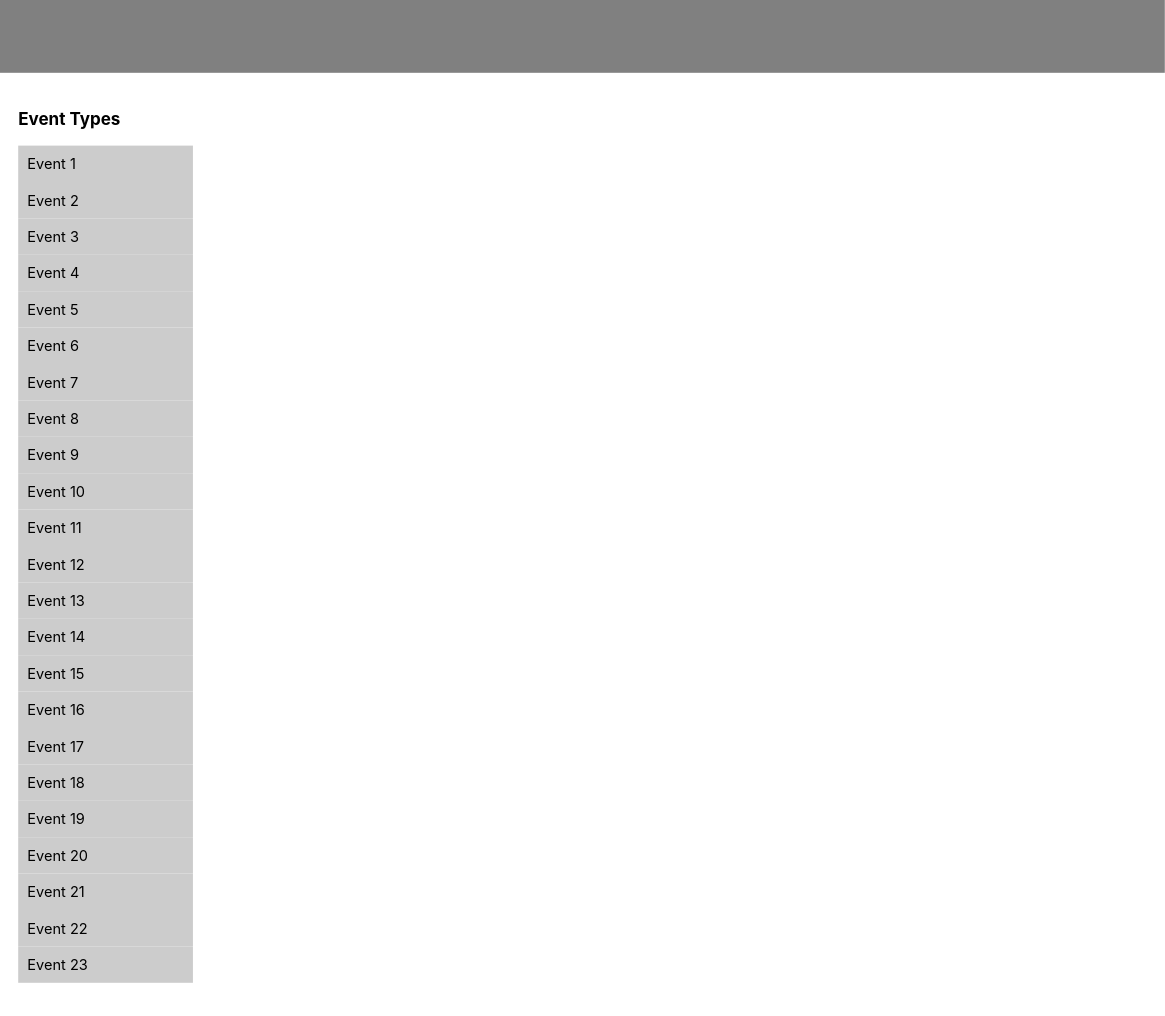
Repository: TauqeerHusain/Assignment
Page: /
These files come from the project's save history. The page is drawn as it stood at one moment and after the next save; the edit follows.
The browser window is 1280 px wide. The pictures show the whole page, at 91% of full size.
The project was rebuilt for these pictures with package versions that can differ from the ones it lists, and the page was loaded fresh each time.

Above is the page before, as saved 2023-02-07 10:51:52.

### src/App.js
import React, { useState } from "react";

const events = [
  {
    name: "Event 1",
    date: "01/01/2023",
    location: "New York",
    description: "Description for event 1",
  },
  {
    name: "Event 2",
    date: "02/01/2023",
    location: "Los Angeles",
    description: "Description for event 2",
  },
  {
    name: "Event 3",
    date: "03/01/2023",
    location: "Chicago",
    description: "Description for event 3",
  },
  {
    name: "Event 4",
    date: "04/01/2023",
    location: "Houston",
    description: "Description for event 4",
  },
  {
    name: "Event 5",
    date: "01/02/2023",
    location: "India",
    description: "Description for event 5",
  },
  {
    name: "Event 6",
    date: "01/08/2023",
    location: "Pakistan",
    description: "Description for event 6",
  },
  {
    name: "Event 7",
    date: "01/01/2023",
    location: "New York",
    description: "Description for event 7",
  },
  {
    name: "Event 8",
    date: "06/01/2023",
    location: "New York",
    description: "Description for event 8",
  },
  {
    name: "Event 9",
    date: "09/01/2023",
    location: "New York",
    description: "Description for event 9",
  },
  {
    name: "Event 10",
    date: "01/01/2023",
    location: "New York",
    description: "Description for event 10",
  },
  {
    name: "Event 11",
    date: "01/01/2023",
    location: "New York",
    description: "Description for event 11",
  },
  {
    name: "Event 12",
    date: "01/01/2023",
    location: "New York",
    description: "Description for event 12",
  },
  {
    name: "Event 13",
    date: "01/01/2023",
    location: "New York",
    description: "Description for event 13",
  },
  {
    name: "Event 14",
    date: "01/01/2023",
    location: "New York",
    description: "Description for event 14",
  },
  {
    name: "Event 15",
    date: "01/01/2023",
    location: "New York",
    description: "Description for event 15",
  },
  {
    name: "Event 16",
    date: "01/01/2023",
    location: "New York",
    description: "Description for event 16",
  },
  {
    name: "Event 17",
    date: "01/01/2023",
    location: "New York",
    description: "Description for event 17",
  },
  {
    name: "Event 18",
    date: "01/01/2023",
    location: "New York",
    description: "Description for event 18",
  },
  {
    name: "Event 19",
    date: "01/01/2023",
    location: "New York",
    description: "Description for event 19",
  },
  {
    name: "Event 20",
    date: "01/01/2023",
    location: "New York",
    description: "Description for event 20",
  },
  {
    name: "Event 21",
    date: "01/01/2023",
    location: "New York",
    description: "Description for event 21",
  },
  {
    name: "Event 22",
    date: "01/01/2023",
    location: "New York",
    description: "Description for event 22",
  },
  {
    name: "Event 23",
    date: "01/01/2023",
    location: "New York",
    description: "Description for event 23",
  },
];

const App = () => {
  const [openTabs, setOpenTabs] = useState([]);

  const [selectedEvent, setSelectedEvent] = useState(null);

  const handleCloseTab = () => {
    setSelectedEvent(null);
  };

  const tabChangeHandler = (name) => {
    if (selectedEvent && selectedEvent.name === name) return;
    const data = events.filter((item) => item.name === name);
    setSelectedEvent(data.pop());
    console.log("2eadasd");
  };

  const closeTabHandler = (eventName) => {
    const updatedTabs = openTabs.filter((item) => item !== eventName);

    setSelectedEvent(null);
    setOpenTabs(updatedTabs);
  };

  return (
    <>
      <nav>
        <div
          style={{
            paddingLeft: 200,
            height: 80,
            background: "gray",
            display: "flex",
            columnGap: 30,
            alignItems: "center",
          }}
        >
          {openTabs.map((item) => (
            <div
              key={item}
              style={{
                backgroundColor: selectedEvent
                  ? selectedEvent.name === item
                    ? "skyblue"
                    : "#ccc"
                  : "#ccc",
                padding: "3px 10px",
                borderRadius: 5,
              }}
            >
              <button
                style={{
                  height: 25,
                  background: "transparent",
                  border: 0,
                  margin: 0,
                  cursor: "pointer",
                }}
                onClick={() => {
                  tabChangeHandler(item);
                }}
              >
                {item}
              </button>
              <span
                style={{ cursor: "pointer" }}
                onClick={() => closeTabHandler(item)}
              >
                X
              </span>
            </div>
          ))}
        </div>
      </nav>
      <div style={{ display: "flex" }}>
        <div style={{ width: "15%", padding: "20px" }}>
          <h3>Event Types</h3>
          <ul style={{ listStyleType: "none", padding: 0 }}>
            {events.map((event) => (
              <li
                key={event.name}
                style={{
                  padding: "10px",
                  cursor: "pointer",
                  backgroundColor: selectedEvent
                    ? selectedEvent.name === event.name
                      ? "skyblue"
                      : "#ccc"
                    : "#ccc",
                }}
                onClick={() => {
                  if (!openTabs.includes(event.name)) {
                    setOpenTabs((prev) =>
                      prev.length > 0 ? [...prev, event.name] : [event.name]
                    );
                  }
                  setSelectedEvent(event);
                }}
              >
                {event.name}
              </li>
            ))}
          </ul>
        </div>
        {selectedEvent && (
          <div style={{ width: "80%", padding: "20px" }}>
            <div
              style={{
                display: "flex",
                justifyContent: "space-between",
                alignItems: "center",
              }}
            >
              <h3>{selectedEvent.name}</h3>
              <div
                style={{
                  display: "inline-block",
                  padding: "10px",
                  backgroundColor: "lightgray",
                  borderRadius: "50%",
                  cursor: "pointer",
                }}
                onClick={handleCloseTab}
                onMouseEnter={() => {
                  console.log("Mouse entered");
                }}
                onMouseLeave={() => {
                  console.log("Mouse left");
                }}
              >
                x
              </div>
            </div>
            <p>Date: {selectedEvent.date}</p>
            <p>Location: {selectedEvent.location}</p>
            <p>Description: {selectedEvent.description}</p>
          </div>
        )}
      </div>
    </>
  );
};

export default App;

Loaded but not shown: public/index.html (common file); src/index.js (common file); src/index.css (common file); src/reportWebVitals.js (common file)

After the next save:
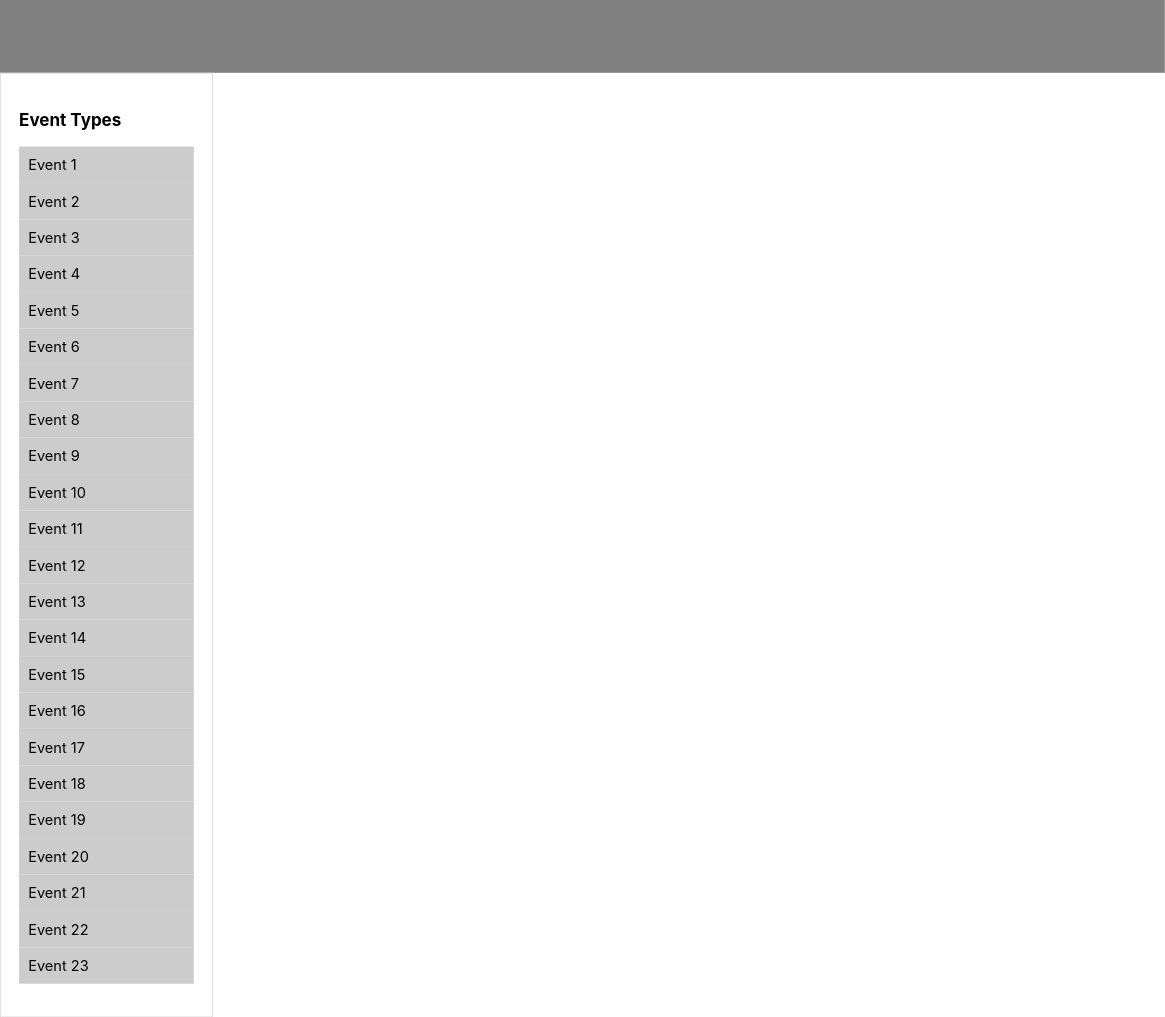
Saved 15 s later.
--- a/src/App.js
+++ b/src/App.js
@@ -215,7 +215,9 @@ const App = () => {
         </div>
       </nav>
       <div style={{ display: "flex" }}>
-        <div style={{ width: "15%", padding: "20px" }}>
+        <div
+          style={{ width: "15%", border: "1px solid #ddd", padding: "20px" }}
+        >
           <h3>Event Types</h3>
           <ul style={{ listStyleType: "none", padding: 0 }}>
             {events.map((event) => (
